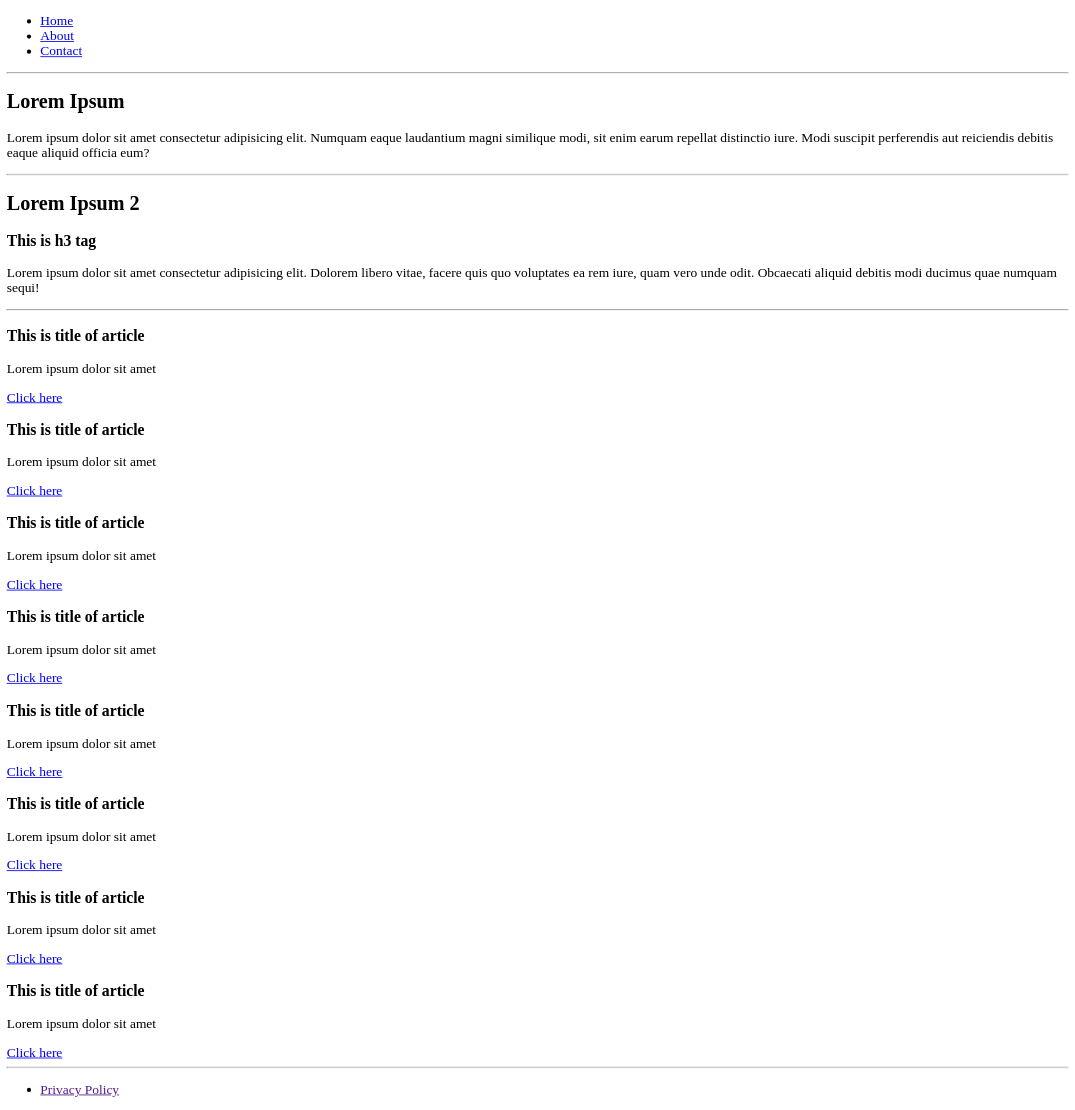
Repository: fisikusari/test-repo
Page: index.html
An editor plug-in stored every save of this project. The page is shown before and after the next save, followed by the edit.
The browser window is 1280 px wide. The pictures show the whole page, at 84% of full size.

Above is the page before, as saved 2021-11-11 18:05:25.

### index.html
<!DOCTYPE html>

<html lang="en">

<head>
  <meta charset="UTF-8">
  <meta http-equiv="X-UA-Compatible" content="IE=edge">
  <meta name="viewport" content="width=device-width, initial-scale=1.0">
  <title>Fisnik</title>
</head>
<nav>
  <ul>
    <li><a href="#">Home</a></li>
    <li><a href="about.html">About</a></li>
    <li><a href="contact.html">Contact</a></li>
  </ul>
</nav>

<body>
  <hr>
  <section>
    <h1>Lorem Ipsum</h1>
    <p>Lorem ipsum dolor sit amet consectetur adipisicing elit. Numquam eaque laudantium magni similique modi, sit enim earum repellat distinctio iure. Modi suscipit perferendis
      aut reiciendis debitis eaque aliquid officia eum?</p>
  </section>
  <hr>
  <section>
    <h1>Lorem Ipsum 2</h1>
    <h3>This is h3 tag</h3>
    <p>Lorem ipsum dolor sit amet consectetur adipisicing elit. Dolorem libero vitae, facere quis quo voluptates ea rem iure, quam vero unde odit. Obcaecati aliquid debitis modi
      ducimus quae numquam sequi!</p>
  </section>
  <hr>
  <section>
    <article>
      <h1>This is title of article</h1>
      <p>Lorem ipsum dolor sit amet</p>
      <a href="about.html">Click here</a>
    </article>
    <article>
      <h1>This is title of article</h1>
      <p>Lorem ipsum dolor sit amet</p>
      <a href="#">Click here</a>
    </article>
  </section>
  <section>
    <article>
      <h1>This is title of article</h1>
      <p>Lorem ipsum dolor sit amet</p>
      <a href="about.html">Click here</a>
    </article>
    <article>
      <h1>This is title of article</h1>
      <p>Lorem ipsum dolor sit amet</p>
      <a href="#">Click here</a>
    </article>
  </section>
  <section>
    <article>
      <h1>This is title of article</h1>
      <p>Lorem ipsum dolor sit amet</p>
      <a href="about.html">Click here</a>
    </article>
    <article>
      <h1>This is title of article</h1>
      <p>Lorem ipsum dolor sit amet</p>
      <a href="#">Click here</a>
    </article>
  </section>
  <section>
    <article>
      <h1>This is title of article</h1>
      <p>Lorem ipsum dolor sit amet</p>
      <a href="about.html">Click here</a>
    </article>
    <article>
      <h1>This is title of article</h1>
      <p>Lorem ipsum dolor sit amet</p>
      <a href="#">Click here</a>
    </article>
  </section>
  <hr>
  <footer>
    <nav>
      <ul>
        <li><a href="">Privacy Policy</a></li>
      </ul>
    </nav>
  </footer>
</body>

</html>

After the next save:
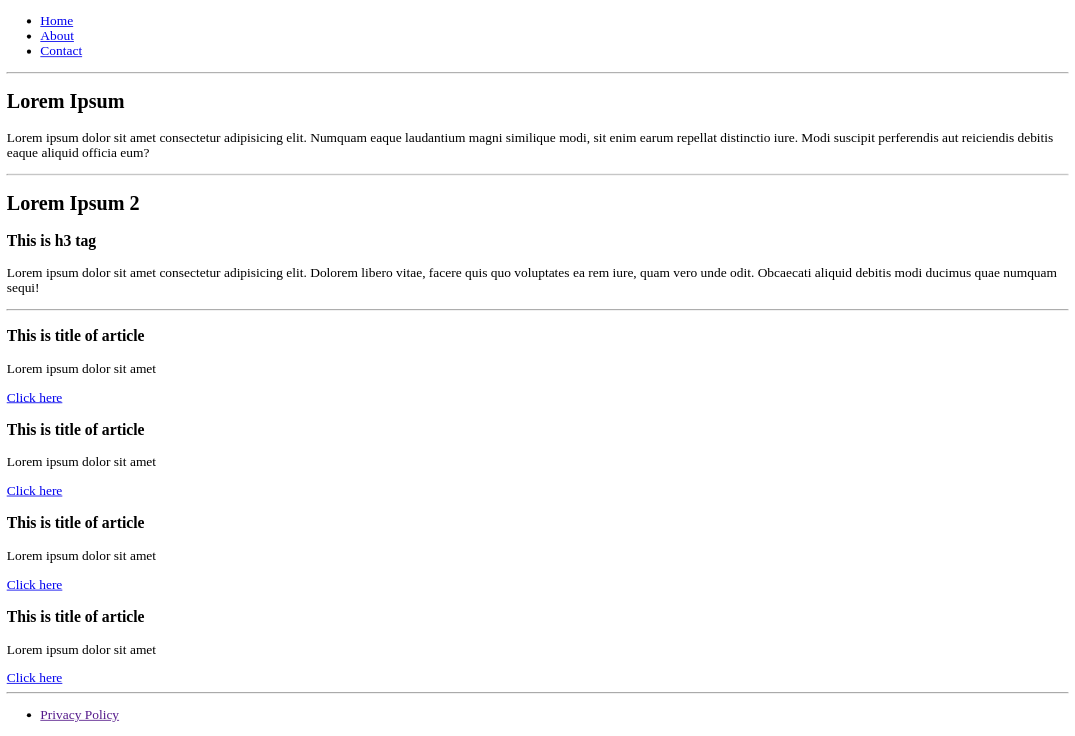
Saved 30 s later.
--- a/index.html
+++ b/index.html
@@ -55,30 +55,6 @@
       <a href="#">Click here</a>
     </article>
   </section>
-  <section>
-    <article>
-      <h1>This is title of article</h1>
-      <p>Lorem ipsum dolor sit amet</p>
-      <a href="about.html">Click here</a>
-    </article>
-    <article>
-      <h1>This is title of article</h1>
-      <p>Lorem ipsum dolor sit amet</p>
-      <a href="#">Click here</a>
-    </article>
-  </section>
-  <section>
-    <article>
-      <h1>This is title of article</h1>
-      <p>Lorem ipsum dolor sit amet</p>
-      <a href="about.html">Click here</a>
-    </article>
-    <article>
-      <h1>This is title of article</h1>
-      <p>Lorem ipsum dolor sit amet</p>
-      <a href="#">Click here</a>
-    </article>
-  </section>
   <hr>
   <footer>
     <nav>
